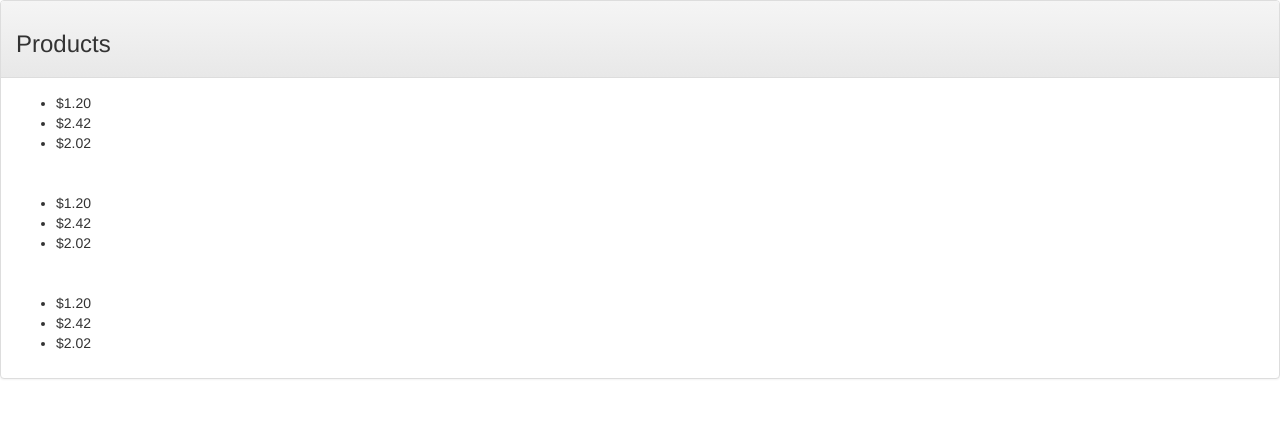
Repository: chisun-joung/workplace
Page: angularJS/WebContent/Chap16_CustomDirective/P477_Directive.html
These files come from the project's save history. The page is drawn as it stood at one moment and after the next save; the edit follows.
The browser window is 1280 px wide. The pictures show the whole page.
Some web libraries are served in a nearby version.

Above is the page before, as saved 2016-11-30 06:19:21.

### angularJS/WebContent/Chap16_CustomDirective/P477_Directive.html
<html ng-app="exampleApp">
<head>
	<title>Directives</title>
	<script src="https://ajax.googleapis.com/ajax/libs/angularjs/1.2.9/angular.js"></script>
	<link href="bootstrap.css" rel="stylesheet" />
	<link href="bootstrap-theme.css" rel="stylesheet" />
	<script>
		var app = angular.module("exampleApp", []);
		app.controller("defaultCtrl", function ($scope) {
			$scope.products = [
				{ name: "Apples", category: "Fruit", price: 1.20, expiry: 10 },
				{ name: "Bananas", category: "Fruit", price: 2.42, expiry: 7 },
				{ name: "Pears", category: "Fruit", price: 2.02, expiry: 6 }
			];
		});
		app.directive('unorderedList',[function(){
			return {
				restrict: "AECM",
				link: function(scope,element,attrs){
					var data = scope[attrs['unorderedList'] || attrs['listSource']] ;
					var propertyExpression = attrs['listProperty'];
					if(angular.isArray(data)){
						var listElem = angular.element('<ul>');
						element.append(listElem);

						for(var i = 0; i < data.length; i++){
							var itemElement = angular.element('<li>').text( scope.$eval(propertyExpression, data[i]) );
							listElem.append(itemElement);
						}
					}
				}
			}

		}])
	</script>
</head>
<body ng-controller="defaultCtrl">
	<div class="panel panel-default">
		<div class="panel-heading">
			<h3>Products</h3>
		</div>
		<div class="panel-body">
			<div unordered-list='products' list-property="price | currency"></div>
		</div>

		<div class="panel-body">
			<div class='unordered-list: products' list-property="price | currency"></div>
		</div>

		<div class="panel-body">
			<unordered-list list-source='products' list-property="price | currency"></div>
		</div>
	</div>
</body>
</html>

Loaded but not shown: angularJS/WebContent/Chap16_CustomDirective/bootstrap.css (library); angularJS/WebContent/Chap16_CustomDirective/bootstrap-theme.css (library)

After the next save:
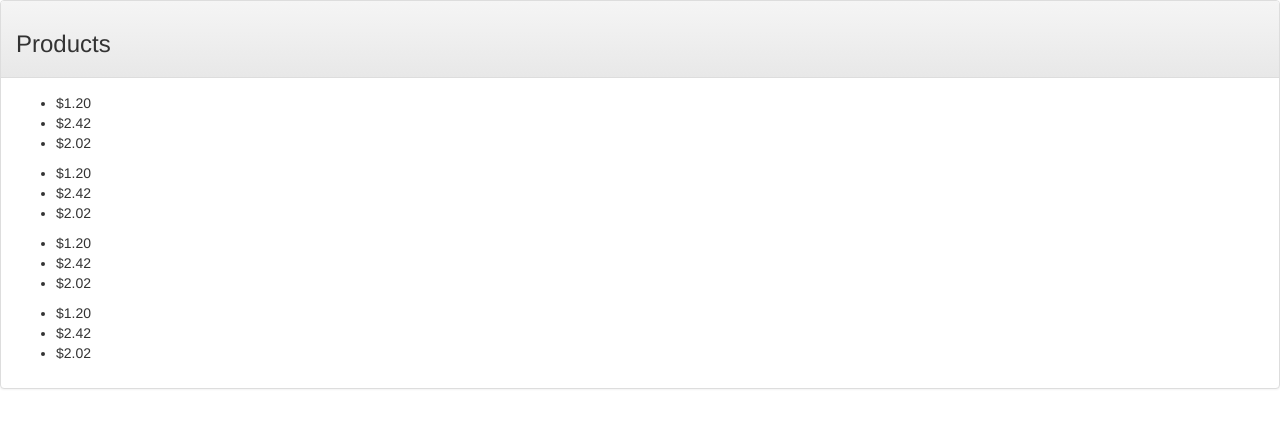
Saved 55 min 10 s later.
--- a/angularJS/WebContent/Chap16_CustomDirective/P477_Directive.html
+++ b/angularJS/WebContent/Chap16_CustomDirective/P477_Directive.html
@@ -15,11 +15,18 @@
 		});
 		app.directive('unorderedList',[function(){
 			return {
-				restrict: "AECM",
+				restrict: 'AECM',
+				replace: true,
+				template: '<p></p>',
+				// 지금까지 사용했던 링크 함수 정의
 				link: function(scope,element,attrs){
-					var data = scope[attrs['unorderedList'] || attrs['listSource']] ;
-					var propertyExpression = attrs['listProperty'];
+					// tag로 사용할 경우 다른 속성명으로 사용할 데이터 이름을 넘긴다.
+					var data = scope[attrs['unorderedList'] || attrs['listSource']];
+
+					// 표시 할 항목이 지정되지 않으면 가격을 기본값으로 출력 => 주석으로 쓸 경우 대비
+					var propertyExpression = attrs['listProperty'] || 'price | currency';
 					if(angular.isArray(data)){
+
 						var listElem = angular.element('<ul>');
 						element.append(listElem);
 
@@ -40,15 +47,17 @@
 			<h3>Products</h3>
 		</div>
 		<div class="panel-body">
+			<!-- A => Attribute -->
 			<div unordered-list='products' list-property="price | currency"></div>
-		</div>
 
-		<div class="panel-body">
+			<!-- C => Class -->
 			<div class='unordered-list: products' list-property="price | currency"></div>
-		</div>
 
-		<div class="panel-body">
-			<unordered-list list-source='products' list-property="price | currency"></div>
+			<!-- E => Element. tag 역할을 할 경우 속성 역할을 하지 못함. -->
+			<unordered-list list-source='products' list-property="price | currency"></unordered-list>
+
+			<!-- M => 주석. 속성은 1개만 전달 가능 -->
+			<!-- directive: unordered-list products -->
 		</div>
 	</div>
 </body>
